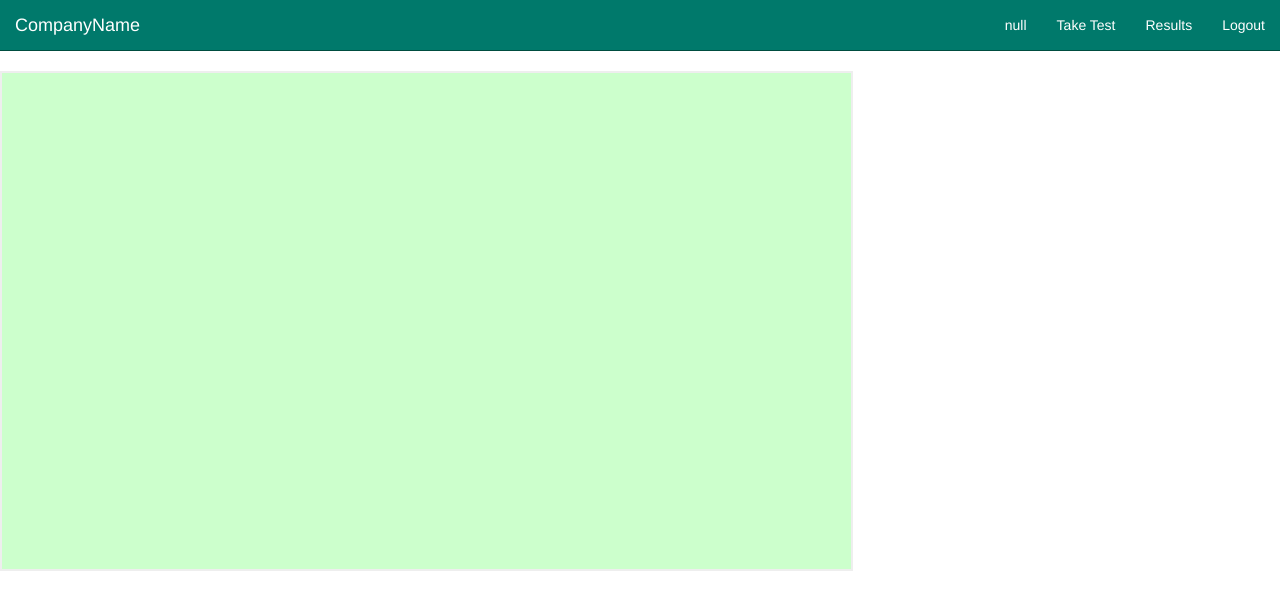
Repository: jayakumar721/projects
Page: http://localhost/TestEngine/dashboard.jsp
The author's editor kept a copy of each file at every save. The page is drawn from the files as they stood at one save, then again after the next save.
The browser window is 1280 px wide. The pictures show the whole page.
Some web libraries are served in a nearby version. The page is served by Tomcat 9. Other server files are loaded and not shown.

Above is the page before, as saved 2017-11-28 03:57:08.

### TestEngine/WebContent/dashboard.jsp
<%@ page language="java" contentType="text/html; charset=UTF-8"
	pageEncoding="UTF-8"%>
<!DOCTYPE html PUBLIC "-//W3C//DTD HTML 4.01 Transitional//EN" "http://www.w3.org/TR/html4/loose.dtd">
<html>
<head>
<meta http-equiv="Content-Type" content="text/html; charset=UTF-8">
<title>dashboard</title>
<link rel="stylesheet"
	href="https://maxcdn.bootstrapcdn.com/bootstrap/3.3.7/css/bootstrap.min.css">

<!-- jQuery library -->
<script
	src="https://ajax.googleapis.com/ajax/libs/jquery/3.2.1/jquery.min.js"></script>
<script src="vendor/jquery-validation/dist/jquery.validate.min.js"></script>

<!-- Latest compiled JavaScript -->
<script
	src="https://maxcdn.bootstrapcdn.com/bootstrap/3.3.7/js/bootstrap.min.js"></script>
<style type="text/css">
.navbar-inverse {
	background: #00796B;
	border-bottom-color: #004D40;
}

.navbar-inverse .navbar-nav>li>a, .navbar-inverse .navbar-brand,
	.navbar-inverse .navbar-nav>.dropdown>a .caret {
	color: #fff;
}

.navbar-inverse .navbar-nav>.open>a, .navbar-inverse .navbar-nav>.open>a:hover,
	.navbar-inverse .navbar-nav>.open>a:focus, .navbar-nav>li>.dropdown-menu
	{
	background: #4DB6AC;
}

.nav-pills
>
li
>
a
,
{
color


:



#303F9F


;
}
.nav>li>a:hover, .nav>li>a:focus {
	background-color: #EEEEEE;
}
.right
{
	height:500px;
	border: 2px solid #EEEEEE;
	background-color: #ccffcc;

}


</style>
</head>
<body>
	<div>
		<%@ include file="header.jsp"%>
	</div>

	<div class="right col-sm-8"></div>



</body>
</html>

### TestEngine/WebContent/header.jsp
<%@ page language="java" contentType="text/html; charset=UTF-8"
	pageEncoding="UTF-8"%>
<!DOCTYPE html PUBLIC "-//W3C//DTD HTML 4.01 Transitional//EN" "http://www.w3.org/TR/html4/loose.dtd">
<html>
<head>
<meta charset="UTF-8">
<title>Insert title here</title>

<link rel="stylesheet"
	href="https://maxcdn.bootstrapcdn.com/bootstrap/3.3.7/css/bootstrap.min.css">

<!-- jQuery library -->
<script
	src="https://ajax.googleapis.com/ajax/libs/jquery/3.2.1/jquery.min.js"></script>
<script src="vendor/jquery-validation/dist/jquery.validate.min.js"></script>

<!-- Latest compiled JavaScript -->
<script
	src="https://maxcdn.bootstrapcdn.com/bootstrap/3.3.7/js/bootstrap.min.js"></script>
<style type="text/css">
.navbar-inverse {
	background: #00796B;
	border-bottom-color: #004D40;
}

.navbar-inverse .navbar-nav>li>a, .navbar-inverse .navbar-brand,
	.navbar-inverse .navbar-nav>.dropdown>a .caret {
	color: #fff;
}

.navbar-inverse .navbar-nav>.open>a, .navbar-inverse .navbar-nav>.open>a:hover,
	.navbar-inverse .navbar-nav>.open>a:focus, .navbar-nav>li>.dropdown-menu
	{
	background: #4DB6AC;
}

.nav-pills
>
li
>
a
,
{
color
:

#303F9F
;


}
.nav>li>a:hover, .nav>li>a:focus {
	background-color: #EEEEEE;
}
</style>

</head>
<body>
	<div id="top-nav" class="navbar navbar-inverse navbar-static-top">
		<div class="container-fluid">
			<div class="navbar-header">
				<button type="button" class="navbar-toggle" data-toggle="collapse"
					data-target=".navbar-collapse">
					<span class="icon-bar"></span> <span class="icon-bar"></span> <span
						class="icon-bar"></span>
				</button>
				<a class="navbar-brand" href="dashboard.jsp">CompanyName</a>
			</div>
			<div class="navbar-collapse collapse">
				<ul class="nav navbar-nav navbar-right">
					<li><i class="fa fa-user-circle"></i><a><%=session.getAttribute("name")%></a>

					</li>
					<li><a href="Questions" id="taketest"><i
							class="fa fa-dashboard"></i> Take Test</a></li>
					<li><a href="Results" id="result"><i class="fa fa-tags"></i>
							Results</a></li>
					<li><a href="Login.html"><i class="fa fa-sign-out"></i>
							Logout</a></li>
				</ul>
			</div>
		</div>
		<!-- /container -->
	</div>

</body>
</html>

After the next save:
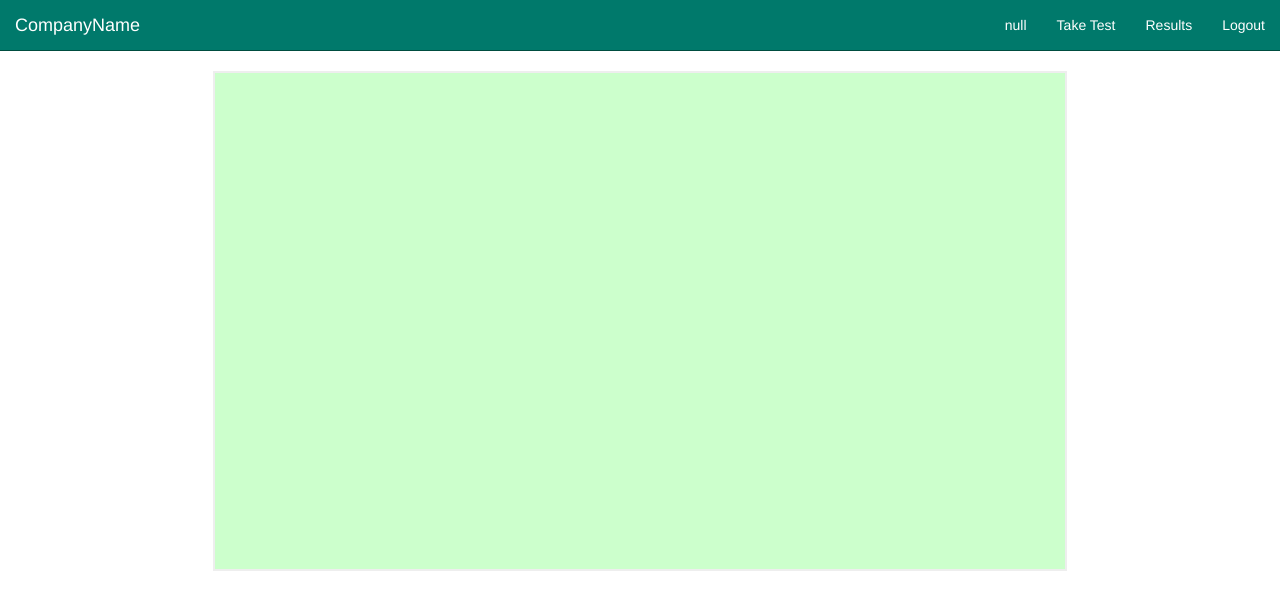
Saved 36 s later.
--- a/TestEngine/WebContent/dashboard.jsp
+++ b/TestEngine/WebContent/dashboard.jsp
@@ -70,7 +70,7 @@ color
 	<div>
 		<%@ include file="header.jsp"%>
 	</div>
-
+	<div class="col-sm-2"></div>
 	<div class="right col-sm-8"></div>
 
 
